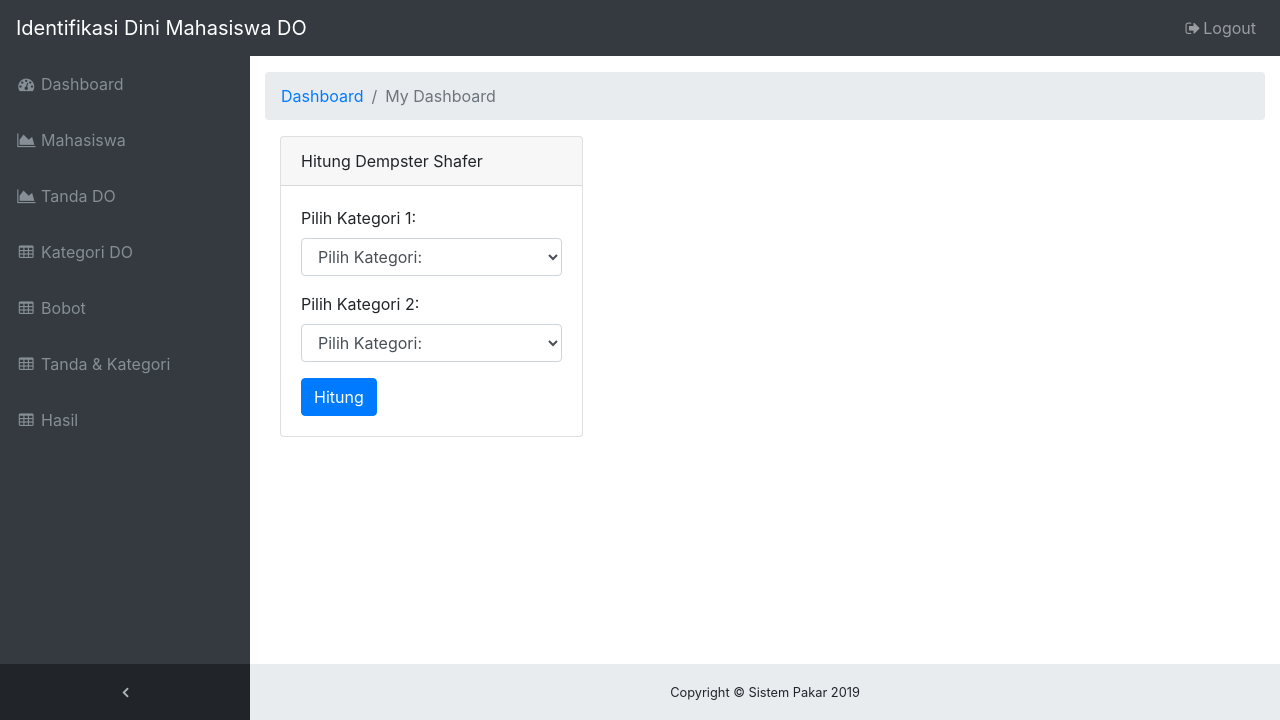
Repository: AdiPrimanto/sistempakar_dempster_shafer
Page: http://localhost/hasil
The author's editor kept a copy of each file at every save. The page is drawn from the files as they stood at one save, then again after the next save.
The browser window is 1280 px wide. The pictures show the whole page.
The page is served by the project's Laravel application, run on PHP 8.4 with Laravel 8. Other server files are loaded and not shown. The database holds what the project's SQL file puts in it.

Above is the page before, as saved 2019-09-09 21:52:07.
Console error: TypeError: Cannot read properties of null (reading 'length')

### routes/web.php
<?php

/*
|--------------------------------------------------------------------------
| Web Routes
|--------------------------------------------------------------------------
|
| Here is where you can register web routes for your application. These
| routes are loaded by the RouteServiceProvider within a group which
| contains the "web" middleware group. Now create something great!
|
*/
Route::get('/', function ()
 {
    return view('welcome');
});

Route::get('/dashboard', function () {
    return view('admin.dashboard');
});

Auth::routes();

Route::post('/', 'SubmitController@submit');
// Route::get('/mahasiswa', 'MahasiswaController@index');
Route::get('/mahasiswa', 'SubmitController@index')->name('mahasiswa');
Route::get('/mahasiswa/{mahasiswa}/delete', 'SubmitController@delete');

Route::get('/home', 'HomeController@index')->name('home');

Route::get('/tandado', 'TandaDOController@index')->name('tandado');
Route::post('/tandado/store', 'TandaDOController@store');
Route::get('/tandado/{id_tanda}/edit', 'TandaDOController@edit');
Route::post('/tandado/{id_tanda}/update', 'TandaDOController@update');
Route::get('/tandado/{id_tanda}/delete', 'TandaDOController@delete');

Route::get('/kategorido', 'KategoriDOController@index')->name('kategorido');
Route::post('/kategorido/store', 'KategoriDOController@store');
Route::get('/kategorido/{id_kategori}/edit', 'KategoriDOController@edit');
Route::post('/kategorido/{id_kategori}/update', 'KategoriDOController@update');
Route::get('/kategorido/{id_kategori}/delete', 'KategoriDOController@delete');

// Route::get('/kaidah', 'KaidahController@index')->name('kaidah');
// Route::get('/kaidah/{id_kategori}/delete', 'KaidahController@delete');

// Route::get('/bobot/{id_kategori}/show', 'BobotController@index');
// Route::get('/bobot', 'BobotController@index');
// Route::get('/bobot/{id_kategori}/delete', 'BobotController@delete');

// Route::get('/tambahbobot/{id_kategori}/show', 'TambahbobotController@index');
// Route::post('/tambahbobot/insert', 'TambahbobotController@insert');

Route::get('/bobotbaru', 'BobotbaruController@index')->name('bobotbaru');
Route::get('/bobotbaru/{id_tanda}/delete', 'BobotbaruController@delete');

Route::get('/tampilkategori/{id_tanda}/show', 'TampilkategoriController@index');
Route::get('/tampilkategori', 'TampilkategoriController@index');
Route::get('/tampilkategori/{id_tanda}/delete', 'TampilkategoriController@delete');

Route::get('/tambahbobot/{id_kategori}/show', 'TambahbobotController@index');
Route::post('/tambahbobot/insert', 'TambahbobotController@insert');

Route::get('/hasil', 'HasilController@index');

Route::get('logout', '\App\Http\Controllers\Auth\LoginController@logout');

### app/Http/Controllers/Auth/LoginController.php
<?php

namespace App\Http\Controllers\Auth;

use Auth;
use Illuminate\Http\Request;

use App\Http\Controllers\Controller;
use Illuminate\Foundation\Auth\AuthenticatesUsers;

class LoginController extends Controller
{
    /*
    |--------------------------------------------------------------------------
    | Login Controller
    |--------------------------------------------------------------------------
    |
    | This controller handles authenticating users for the application and
    | redirecting them to your home screen. The controller uses a trait
    | to conveniently provide its functionality to your applications.
    |
    */

    use AuthenticatesUsers;

    /**
     * Where to redirect users after login.
     *
     * @var string
     */
    protected $redirectTo = '/dashboard';

    /**
     * Create a new controller instance.
     *
     * @return void
     */
    public function __construct()
    {
        $this->middleware('guest')->except('logout');
    }

    public function logout(Request $request)
    {
        Auth::logout();
        return redirect('/');
    }
}

### app/Http/Controllers/HasilController.php
<?php

namespace App\Http\Controllers;

use Illuminate\Http\Request;
use App\Bobot;
use App\Kategorido;

class HasilController extends Controller
{
    public function index()
    {
        $bobot = \DB::table('bobot')
            -> join('kategori','bobot.id_kategori', '=', 'kategori.id_kategori')
            -> join('tanda','bobot.id_tanda', '=', 'tanda.id_tanda')
            -> select('bobot.*','kategori.nama_kategori','tanda.bobot')
            -> get();

        // dd($bobot);
        return view('admin.hasil', compact('bobot'));
    }
}

### resources/views/admin/hasil.blade.php
@extends('layouts.app')

@section('title','Kinerja Akademik Dosen')

@push('css')

@endpush

@section('content')
<div class="container-fluid">
    <!-- Breadcrumbs-->
    <ol class="breadcrumb">
        <li class="breadcrumb-item">
            <a href="#">Dashboard</a>
        </li>
        <li class="breadcrumb-item active">My Dashboard</li>
    </ol>

    <div class="col-md-4">
      <div class="card mx-auto mt-3">
          <div class="card-header">Hitung Dempster Shafer</div>
          <div class="card-body">
              @csrf
              <form action="" method="post">
                  @csrf
                  <div class="form-group">
                    <label for="text">Pilih Kategori 1:</label>
                    <select class="form-control" name="id_tanda" id="dropdown">
                        <option value="">Pilih Kategori:</option>
                        {{-- @foreach ($tanda as $tnd) --}}
                        <option value=""></option>
                        {{-- @endforeach --}}
                    </select>
                </div>
                  <div class="form-group">
                      <label for="text">Pilih Kategori 2:</label>
                      <select class="form-control" name="id_tanda" id="dropdown">
                          <option value="">Pilih Kategori:</option>
                          @foreach ($bobot as $bbt)
                          <option value="{{$bbt->id_bobot}}">{{$bbt->nama_kategori}}</option>
                          @endforeach
                      </select>
                  </div>
                  <a href="" class="btn btn-primary">Hitung</a>
              </form>
          </div>
      </div>
  </div>

</div>
@endsection

@push('scripts')

@endpush

### resources/views/layouts/app.blade.php
<!DOCTYPE html>
<html lang="en">

<head>
  <meta charset="utf-8">
  <meta http-equiv="X-UA-Compatible" content="IE=edge">
  <meta name="viewport" content="width=device-width, initial-scale=1, shrink-to-fit=no">
  <meta name="description" content="">
  <meta name="author" content="">
  <title>Identifikasi Dini Mahasiswa DO</title>
  <link rel="icon" href="frontend/img/akakom.png">
  <!-- Bootstrap core CSS-->
  <link href="{{asset('backend/vendor/bootstrap/css/bootstrap.min.css')}}" rel="stylesheet">
  <!-- Custom fonts for this template-->
  <link href="{{asset('backend/vendor/font-awesome/css/font-awesome.min.css')}}" rel="stylesheet" type="text/css">
  <!-- Page level plugin CSS-->
  <link href="{{asset('backend/vendor/datatables/dataTables.bootstrap4.css')}}" rel="stylesheet">
  <!-- Custom styles for this template-->
  <link href="{{asset('backend/css/sb-admin.css')}}" rel="stylesheet">
</head>

<body class="fixed-nav sticky-footer bg-dark" id="page-top">
    @include('layouts.partial.navbar')
  <div class="content-wrapper">
    @yield('content')
    <!-- /.container-fluid-->
    @include('layouts.partial.footer')

    <!-- Scroll to Top Button-->
    <a class="scroll-to-top rounded" href="#page-top">
      <i class="fa fa-angle-up"></i>
    </a>

    @include('layouts.partial.header')

    <!-- Bootstrap core JavaScript-->
    <script src="{{asset('backend/vendor/jquery/jquery.min.js')}}"></script>
    <script src="{{asset('backend/vendor/bootstrap/js/bootstrap.bundle.min.js')}}"></script>
    <!-- Core plugin JavaScript-->
    <script src="{{asset('backend/vendor/jquery-easing/jquery.easing.min.js')}}"></script>
    <!-- Page level plugin JavaScript-->
    <script src="{{asset('backend/vendor/chart.js/Chart.min.js')}}"></script>
    <script src="{{asset('backend/vendor/datatables/jquery.dataTables.js')}}"></script>
    <script src="{{asset('backend/vendor/datatables/dataTables.bootstrap4.js')}}"></script>
    <!-- Custom scripts for all pages-->
    <script src="{{asset('backend/js/sb-admin.min.js')}}"></script>
    <!-- Custom scripts for this page-->
    <script src="{{asset('backend/js/sb-admin-datatables.min.js')}}"></script>
    <script src="{{asset('backend/js/sb-admin-charts.min.js')}}"></script>
  </div>
</body>

</html>

### resources/views/layouts/partial/navbar.blade.php
<!-- Navigation-->
<nav class="navbar navbar-expand-lg navbar-dark bg-dark fixed-top" id="mainNav">
    <a class="navbar-brand" href="index.html">Identifikasi Dini Mahasiswa DO</a>
    <button class="navbar-toggler navbar-toggler-right" type="button" data-toggle="collapse"
        data-target="#navbarResponsive" aria-controls="navbarResponsive" aria-expanded="false"
        aria-label="Toggle navigation">
        <span class="navbar-toggler-icon"></span>
    </button>
    <div class="collapse navbar-collapse" id="navbarResponsive">
        <ul class="navbar-nav navbar-sidenav" id="exampleAccordion">
            <li class="nav-item" data-toggle="tooltip" data-placement="right" title="Dashboard">
                <a class="nav-link" href="/dashboard">
                    <i class="fa fa-fw fa-dashboard"></i>
                    <span class="nav-link-text">Dashboard</span>
                </a>
            </li>
            <li class="nav-item" data-toggle="tooltip" data-placement="right" title="Charts">
                <a class="nav-link" href="/mahasiswa">
                    <i class="fa fa-fw fa-area-chart"></i>
                    <span class="nav-link-text">Mahasiswa</span>
                </a>
            </li>
            <li class="nav-item" data-toggle="tooltip" data-placement="right" title="Charts">
                <a class="nav-link" href="/tandado">
                    <i class="fa fa-fw fa-area-chart"></i>
                    <span class="nav-link-text">Tanda DO</span>
                </a>
            </li>
            <li class="nav-item" data-toggle="tooltip" data-placement="right" title="Tables">
                <a class="nav-link" href="/kategorido">
                    <i class="fa fa-fw fa-table"></i>
                    <span class="nav-link-text">Kategori DO</span>
                </a>
            </li>
            <li class="nav-item" data-toggle="tooltip" data-placement="right" title="Tables">
                <a class="nav-link" href="/kaidah">
                    <i class="fa fa-fw fa-table"></i>
                    <span class="nav-link-text">Bobot</span>
                </a>
            </li>
            <li class="nav-item" data-toggle="tooltip" data-placement="right" title="Tables">
                <a class="nav-link" href="/bobotbaru">
                    <i class="fa fa-fw fa-table"></i>
                    <span class="nav-link-text">Tanda & Kategori</span>
                    {{-- bobot baru --}}
                </a>
            </li>
            <li class="nav-item" data-toggle="tooltip" data-placement="right" title="Tables">
                <a class="nav-link" href="/hasil">
                    <i class="fa fa-fw fa-table"></i>
                    <span class="nav-link-text">Hasil</span>
                </a>
            </li>
        </ul>
        <ul class="navbar-nav sidenav-toggler">
            <li class="nav-item">
                <a class="nav-link text-center" id="sidenavToggler">
                    <i class="fa fa-fw fa-angle-left"></i>
                </a>
            </li>
        </ul>
        <ul class="navbar-nav ml-auto">
            <li class="nav-item">
                <a class="nav-link" data-toggle="modal" data-target="#exampleModal">
                    <i class="fa fa-fw fa-sign-out"></i>Logout</a>
            </li>
        </ul>
    </div>
</nav>

### resources/views/layouts/partial/footer.blade.php
<!-- /.content-wrapper-->
<footer class="sticky-footer">
    <div class="container">
      <div class="text-center">
        <small>Copyright © Sistem Pakar 2019</small>
      </div>
    </div>
  </footer>

### resources/views/layouts/partial/header.blade.php
<!-- Logout Modal-->
<div class="modal fade" id="exampleModal" tabindex="-1" role="dialog" aria-labelledby="exampleModalLabel" aria-hidden="true">
    <div class="modal-dialog" role="document">
      <div class="modal-content">
        <div class="modal-header">
          <h5 class="modal-title" id="exampleModalLabel">Ready to Leave?</h5>
          <button class="close" type="button" data-dismiss="modal" aria-label="Close">
            <span aria-hidden="true">×</span>
          </button>
        </div>
        <div class="modal-body">Select "Logout" below if you are ready to end your current session.</div>
        <div class="modal-footer">
          <button class="btn btn-secondary" type="button" data-dismiss="modal">Cancel</button>
          <a class="btn btn-primary" href="{{route('logout')}}">Logout</a>
        </div>
      </div>
    </div>
  </div>

### pakar.sql (the tables this page reads)
CREATE TABLE `bobot` (
  `id_bobot` int(15) NOT NULL,
  `id_kategori` int(4) NOT NULL,
  `id_tanda` int(4) NOT NULL
) ENGINE=InnoDB DEFAULT CHARSET=latin1;

INSERT INTO `bobot` (`id_bobot`, `id_kategori`, `id_tanda`) VALUES
(1, 1, 1),
(2, 1, 3),
(4, 2, 3),
(5, 4, 1),
(6, 4, 4),
(7, 2, 4),
(9, 2, 2),
(10, 4, 2),
(11, 1, 4);

ALTER TABLE `bobot`
  ADD PRIMARY KEY (`id_bobot`);

ALTER TABLE `bobot`
  MODIFY `id_bobot` int(15) NOT NULL AUTO_INCREMENT, AUTO_INCREMENT=12;

CREATE TABLE `kategori` (
  `id_kategori` int(2) NOT NULL,
  `kode_kategori` varchar(4) NOT NULL,
  `nama_kategori` varchar(50) NOT NULL
) ENGINE=InnoDB DEFAULT CHARSET=latin1;

INSERT INTO `kategori` (`id_kategori`, `kode_kategori`, `nama_kategori`) VALUES
(1, 'K001', 'Potensi Tinggi'),
(2, 'K002', 'Potensi Sedang'),
(4, 'K003', 'Potensi Rendah');

ALTER TABLE `kategori`
  ADD PRIMARY KEY (`id_kategori`);

ALTER TABLE `kategori`
  MODIFY `id_kategori` int(2) NOT NULL AUTO_INCREMENT, AUTO_INCREMENT=5;

CREATE TABLE `tanda` (
  `id_tanda` int(2) NOT NULL,
  `kode_tanda` varchar(4) NOT NULL,
  `bobot` float NOT NULL,
  `nama_tanda` varchar(255) NOT NULL
) ENGINE=InnoDB DEFAULT CHARSET=latin1;

INSERT INTO `tanda` (`id_tanda`, `kode_tanda`, `bobot`, `nama_tanda`) VALUES
(1, 'T001', 0.7, 'Kehadiran Kurang'),
(2, 'T002', 0.8, 'IPK dengan Tren Turun (3 semester berturut - turut)'),
(3, 'T003', 8.8, 'IPK dibawah standar 2 semester berturut - turut'),
(4, 'T004', 0.6, 'Cuti Ijin 2 semester'),
(5, 'T005', 0.5, 'Pelanggaran Kode Etik'),
(6, 'T006', 0.8, 'Masa Studi Maksimal tinggi 1 semester'),
(7, 'T007', 0.9, 'Nilai D dan E masih 30% setiap semester'),
(8, 'T008', 0.7, 'Cuti tanpa ijin 2 Semester'),
(9, 'T009', 0.4, 'Kegiatan Organisasi dominan (4 semester)'),
(10, 'T010', 0.6, 'Kuliah sambil Kerja (lebih dari 3 semester)'),
(11, 'T011', 0.7, 'Salah Pergaulan'),
(12, 'T012', 0.5, 'Tidak bisa menyesuaikan kegiatan kampus');

ALTER TABLE `tanda`
  ADD PRIMARY KEY (`id_tanda`);

ALTER TABLE `tanda`
  MODIFY `id_tanda` int(2) NOT NULL AUTO_INCREMENT, AUTO_INCREMENT=13;

Loaded but not shown: app/Http/Controllers/Controller.php (common file); public/backend/js/sb-admin.min.js (common file); public/backend/js/sb-admin-datatables.min.js (common file); public/backend/js/sb-admin-charts.min.js (common file); public/backend/css/sb-admin.css (478 lines, source omitted)

After the next save:
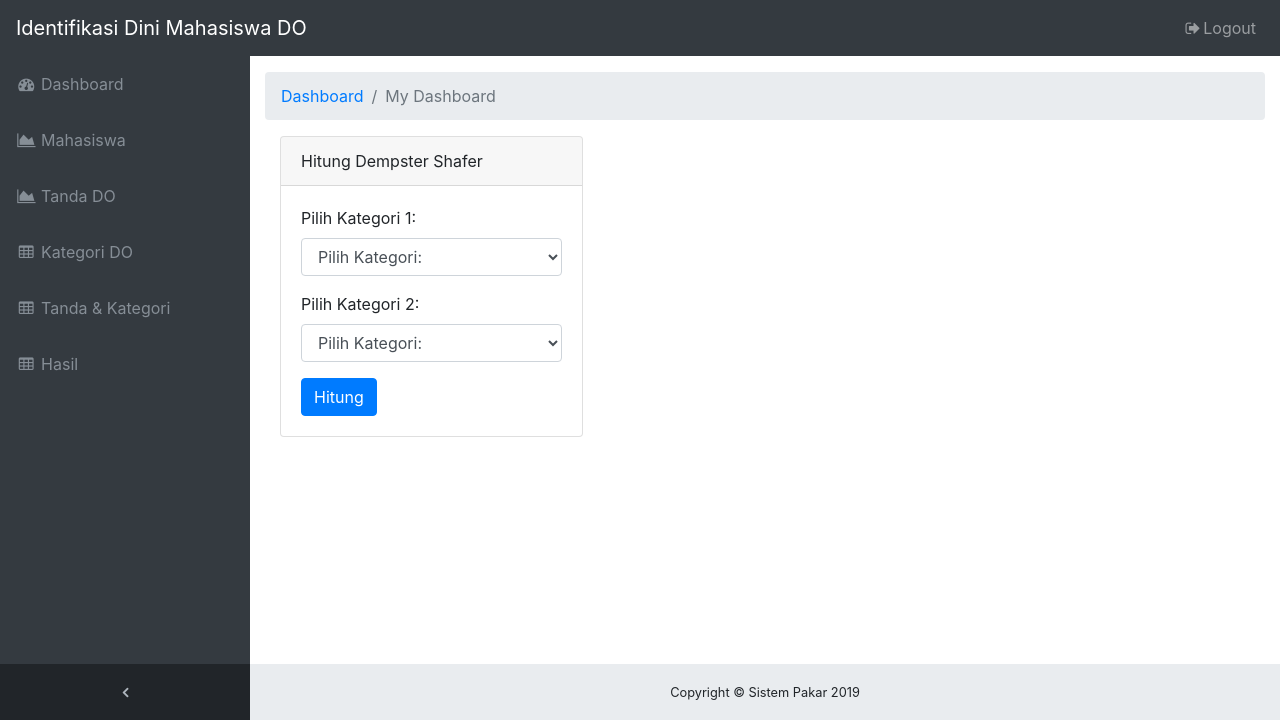
Saved 9 s later.
--- a/resources/views/layouts/partial/navbar.blade.php
+++ b/resources/views/layouts/partial/navbar.blade.php
@@ -32,12 +32,12 @@
                     <span class="nav-link-text">Kategori DO</span>
                 </a>
             </li>
-            <li class="nav-item" data-toggle="tooltip" data-placement="right" title="Tables">
+            {{-- <li class="nav-item" data-toggle="tooltip" data-placement="right" title="Tables">
                 <a class="nav-link" href="/kaidah">
                     <i class="fa fa-fw fa-table"></i>
                     <span class="nav-link-text">Bobot</span>
                 </a>
-            </li>
+            </li> --}}
             <li class="nav-item" data-toggle="tooltip" data-placement="right" title="Tables">
                 <a class="nav-link" href="/bobotbaru">
                     <i class="fa fa-fw fa-table"></i>
